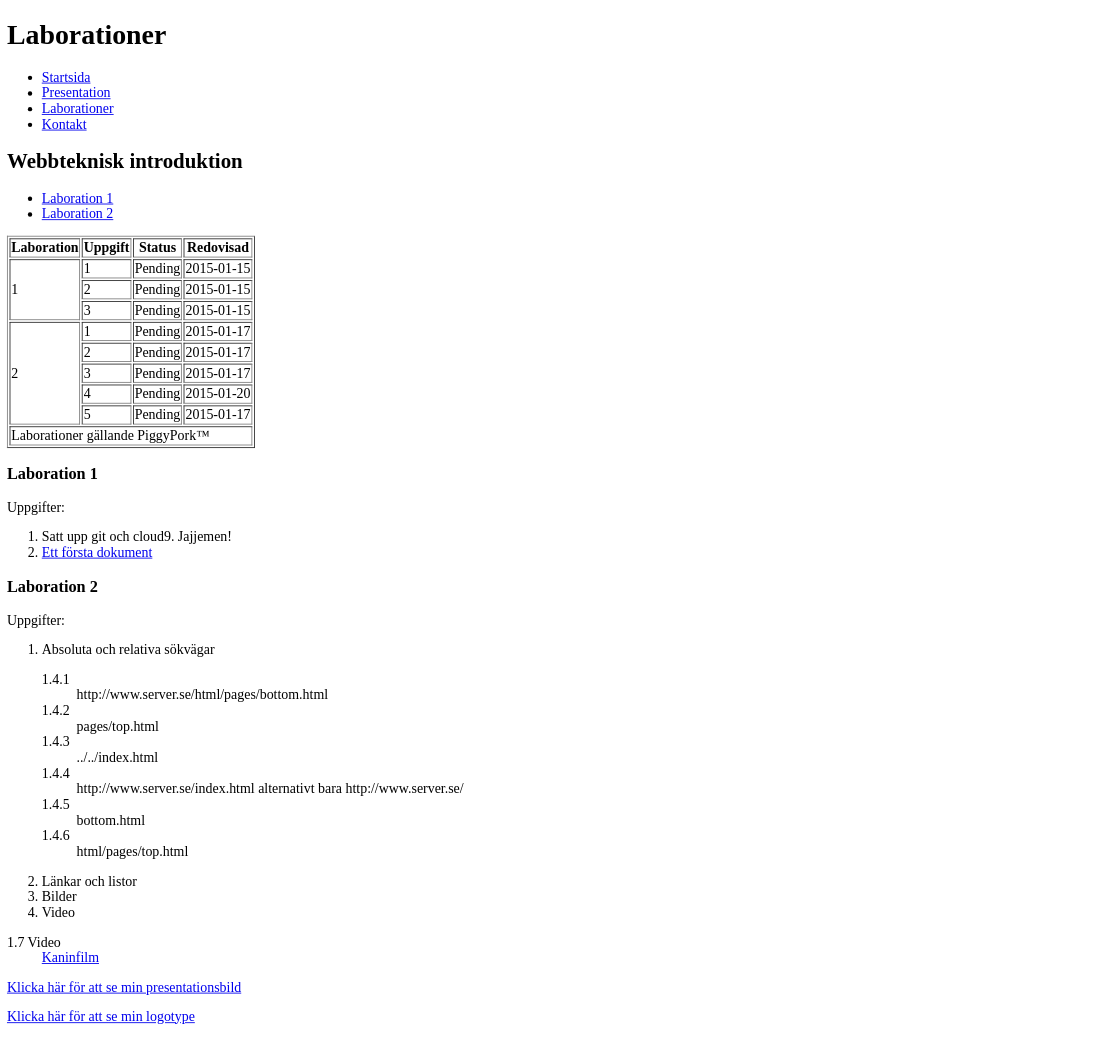
Repository: henriklideberg/labs
Page: pages/laborationer.html
The author's editor kept a record of every edit. The page is drawn from the files as they stood at one moment, then again after the next edit.
The browser window is 1280 px wide. The pictures show the whole page, at 87% of full size.

Above is the page before.

After the next edit:
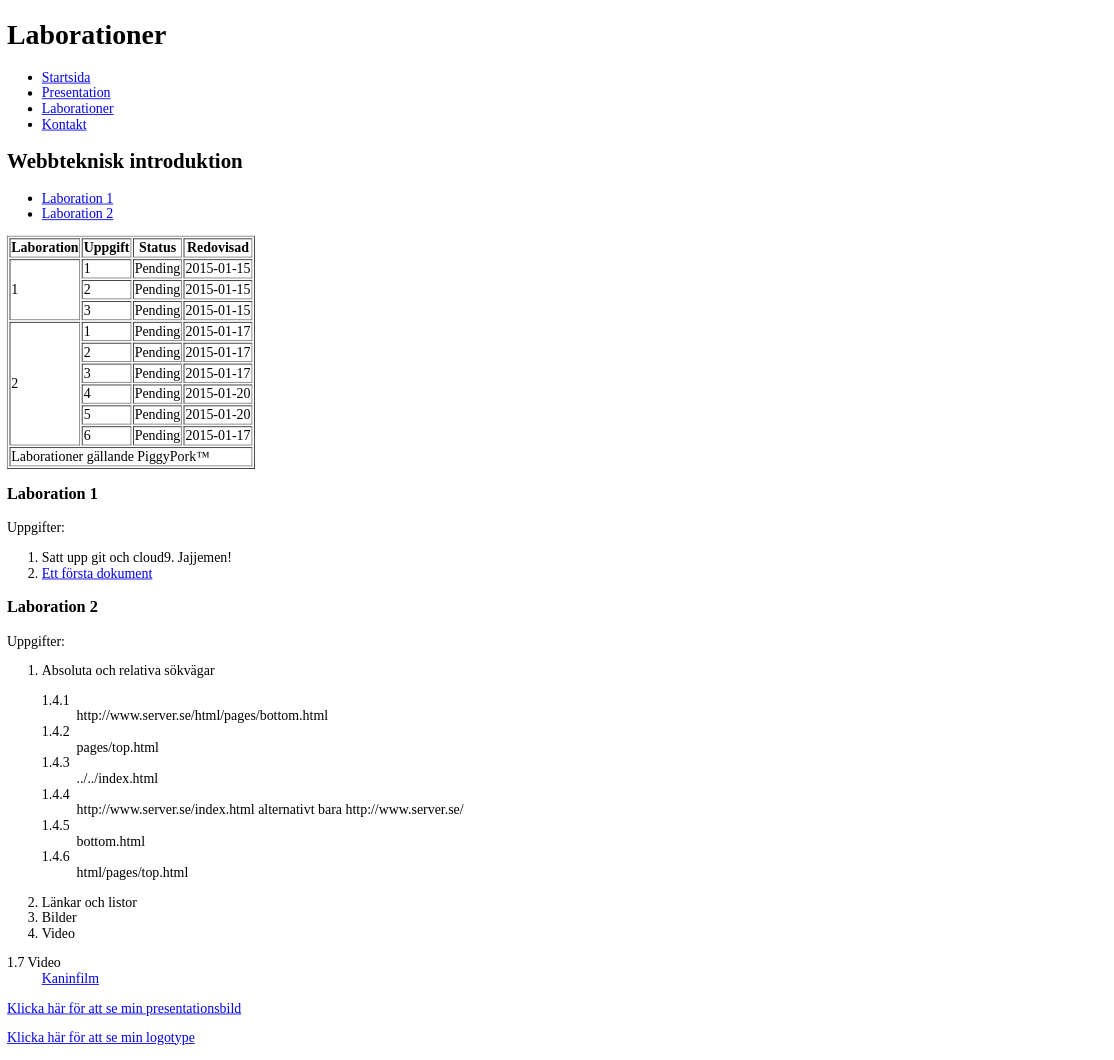
The edit:
--- a/pages/laborationer.html
+++ b/pages/laborationer.html
@@ -74,6 +74,11 @@
                 <tr>
                     <td>5</td>
                     <td>Pending</td>
+                    <td>2015-01-20</td>
+                </tr>
+                <tr>
+                    <td>6</td>
+                    <td>Pending</td>
                     <td>2015-01-17</td>
                 </tr>
             </tbody>
